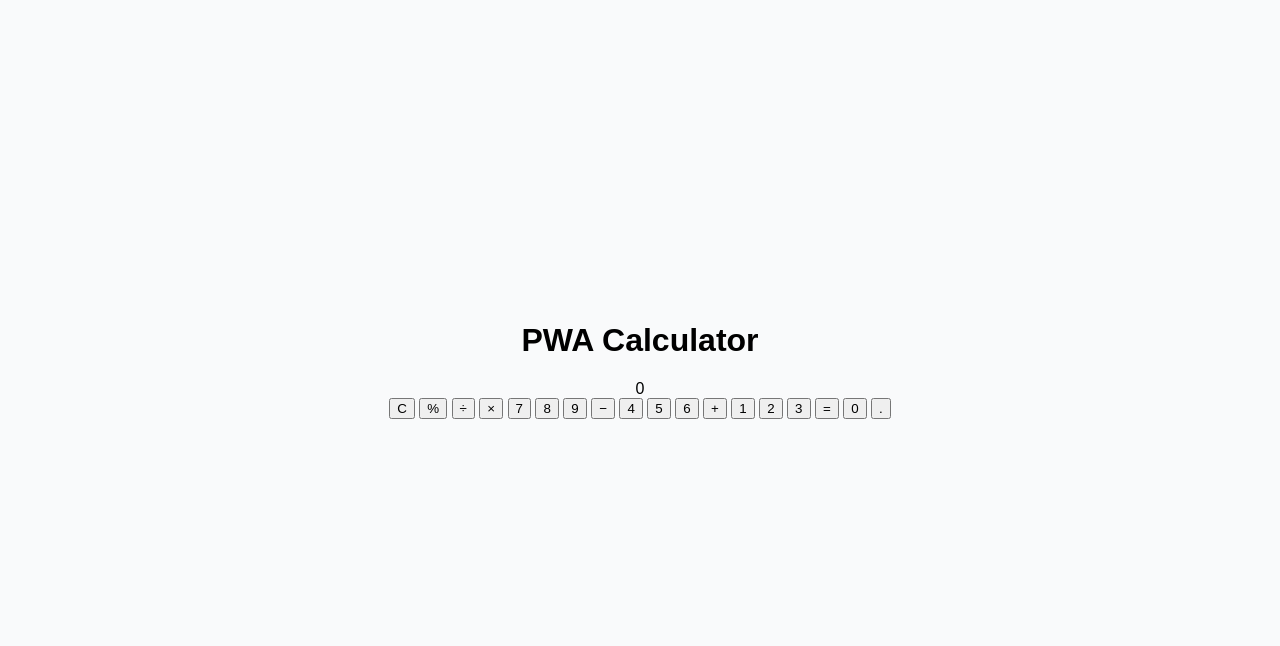
Repository: gloriousnetworker/pwa-calculator
Page: index.html
These files come from the project's save history. The page is drawn as it stood at one moment and after the next save; the edit follows.
The browser window is 1280 px wide. The pictures show the whole page.

Above is the page before, as saved 2024-12-31 18:48:14.

After the next save:
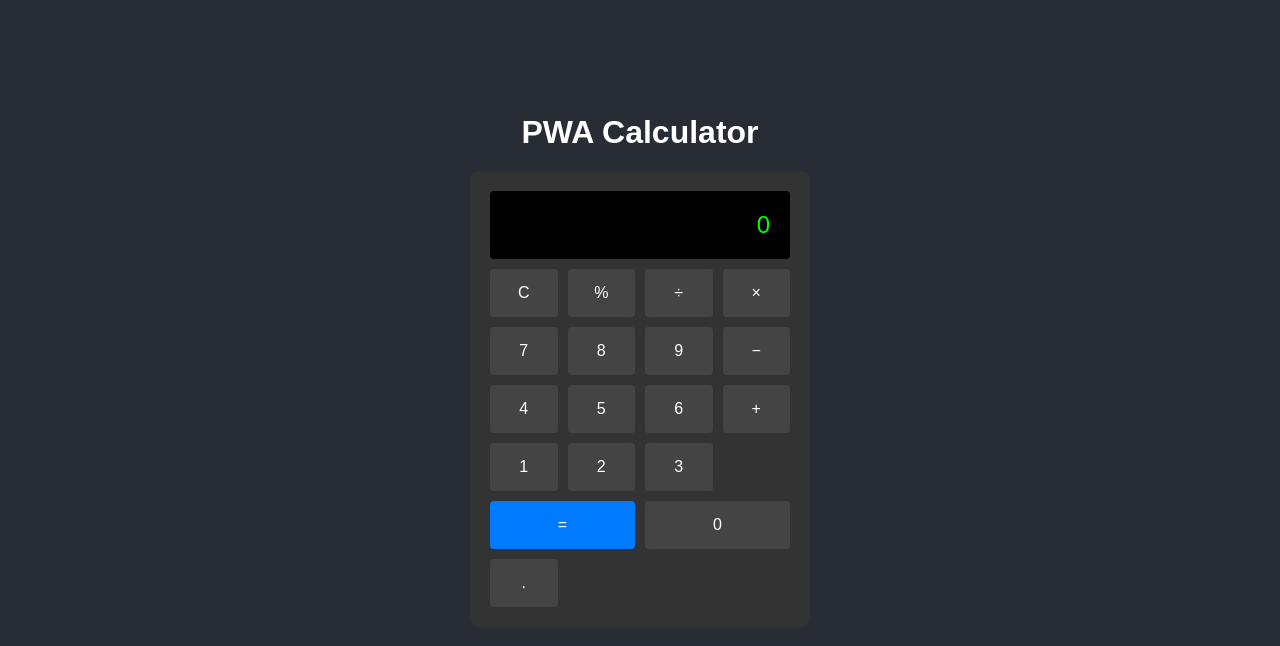
Saved 8 s later.
--- a/style.css
+++ b/style.css
@@ -1,13 +1,70 @@
 body {
-    font-family: Arial, sans-serif;
-    margin: 0;
-    padding: 0;
-    background: #f9fafb;
-    display: flex;
-    justify-content: center;
-    align-items: center;
-    height: 100vh;
-  }
-  .container {
-    text-align: center;
-  }
+  font-family: 'Arial', sans-serif;
+  margin: 0;
+  padding: 0;
+  display: flex;
+  justify-content: center;
+  align-items: center;
+  background: #282c34;
+  color: #ffffff;
+  height: 100vh;
+}
+
+.container {
+  text-align: center;
+}
+
+.title {
+  margin-bottom: 20px;
+  font-size: 2rem;
+}
+
+.calculator {
+  background: #333;
+  padding: 20px;
+  border-radius: 8px;
+  width: 300px;
+}
+
+.display {
+  background: #000;
+  color: #00ff00;
+  text-align: right;
+  padding: 20px;
+  margin-bottom: 10px;
+  font-size: 1.5rem;
+  border-radius: 4px;
+}
+
+.buttons {
+  display: grid;
+  grid-template-columns: repeat(4, 1fr);
+  gap: 10px;
+}
+
+.btn {
+  background: #444;
+  color: #fff;
+  border: none;
+  padding: 15px;
+  font-size: 1rem;
+  border-radius: 4px;
+  cursor: pointer;
+}
+
+.btn:hover {
+  background: #555;
+}
+
+.equal-btn {
+  grid-column: span 2;
+  background: #007BFF;
+}
+
+.zero-btn {
+  grid-column: span 2;
+}
+
+.equal-btn:hover {
+  background: #0056b3;
+}
